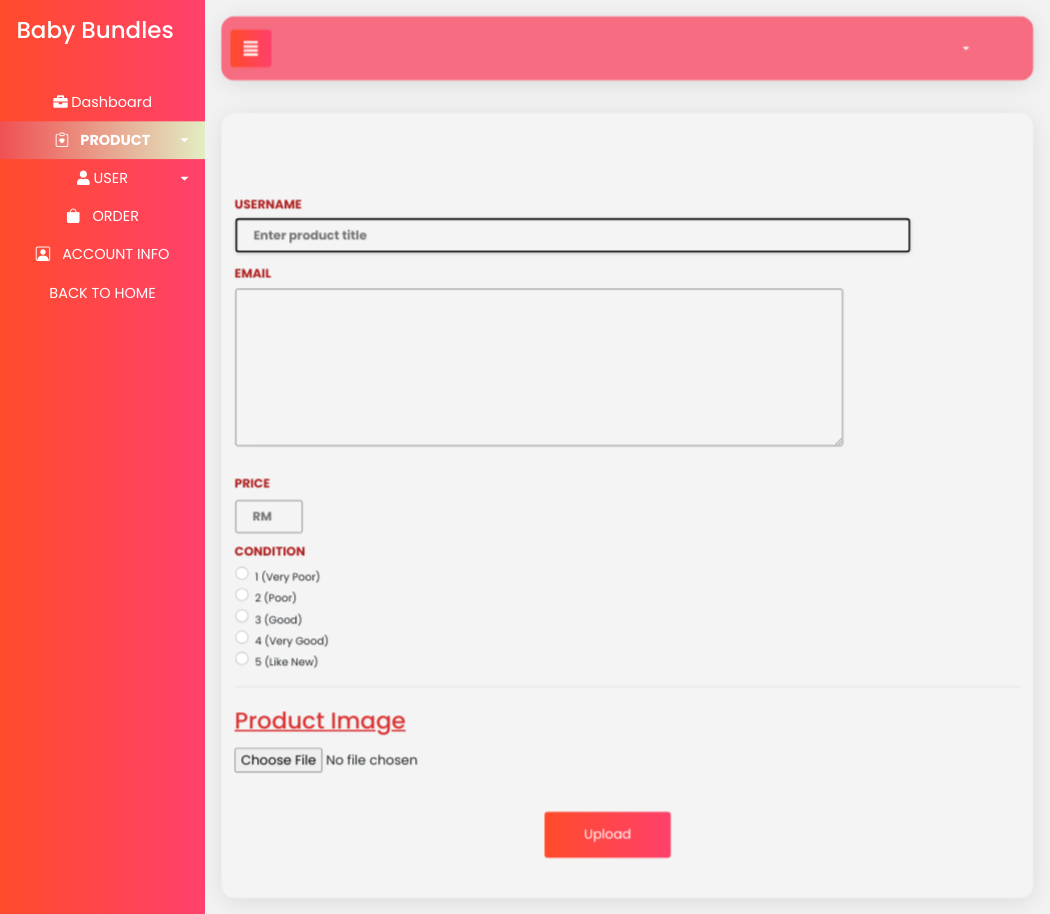
Repository: jiahow99/Baby-Bundles-University
Page: http://localhost/admin-edituser.php
The author's editor kept a copy of each file at every save. The page is drawn from the files as they stood at one save, then again after the next save.
The browser window is 1280 px wide. The pictures show the whole page, at 82% of full size.
Some web libraries are served in a nearby version. The page is run by PHP 8.4 with error messages shown; the project is at /var/www/html/.

Above is the page before, as saved 2022-11-25 00:57:06.

After the next save:
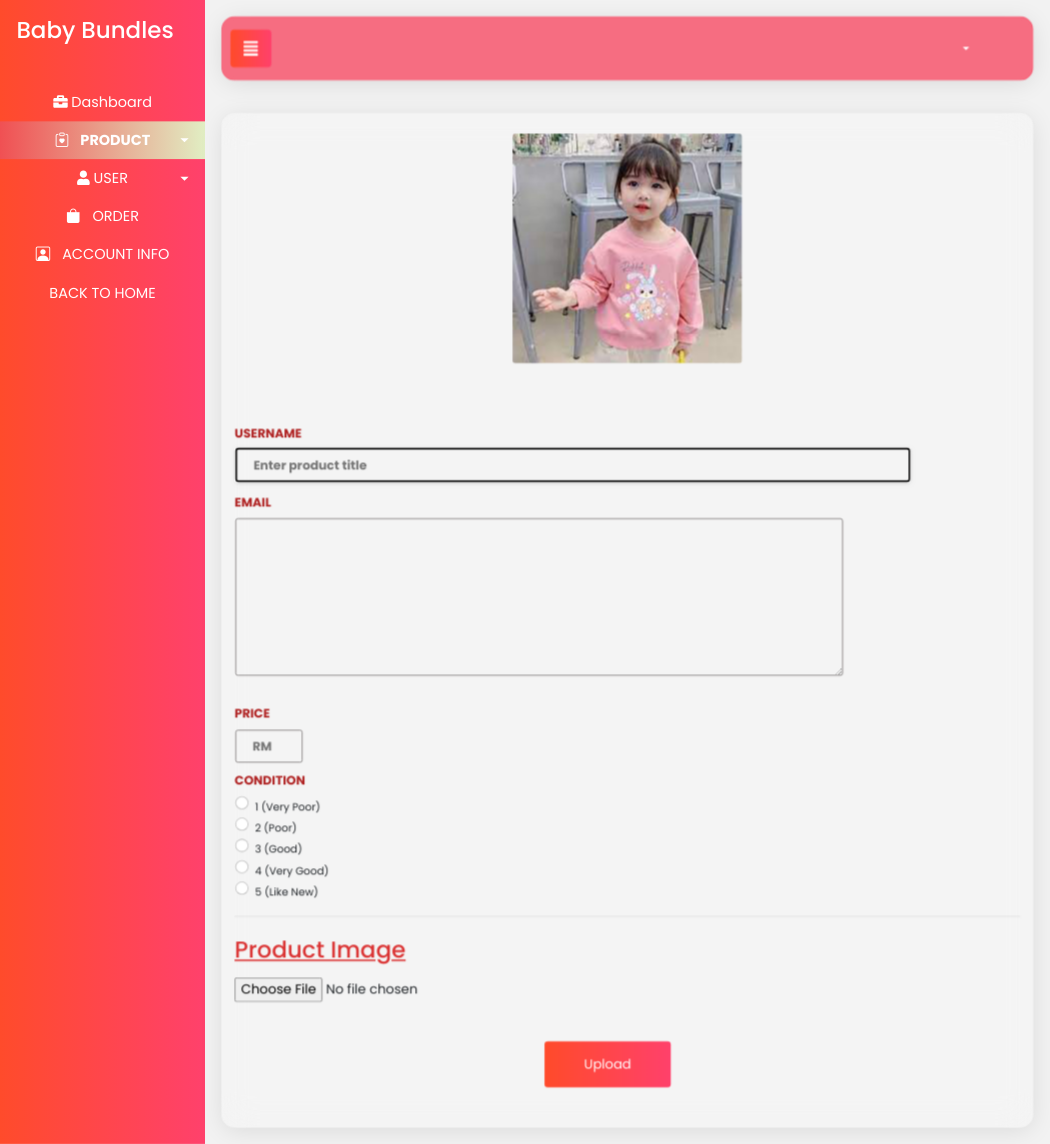
Saved 11 s later.
--- a/admin-edituser.php
+++ b/admin-edituser.php
@@ -41,7 +41,7 @@
 
             <form class="container glass" id="edit-user">
                 <div class="row justify-content-center">
-                    <img src="<?php if(isset($result)){echo $result['image'];} ?>" alt="" width="280px" class="rounded mt-4 mb-3">
+                    <img src="img/top/top01.jpg" alt="" width="280px" class="rounded mt-4 mb-3">
                 </div>
                 <div class="row mt-5">
                     <label for="" class="name text-uppercase col-12">Username</label>
